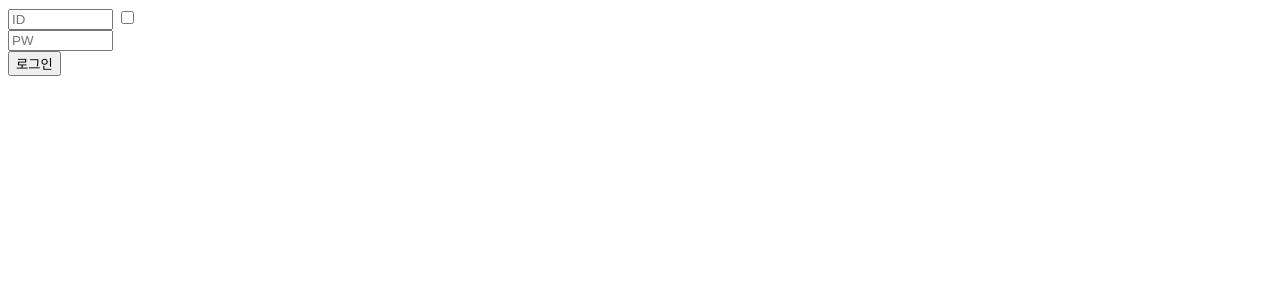
Repository: kitae1995/jsp-pratice
Page: http://localhost/JspBasic/cookie/cookie_login.jsp
These files come from the project's save history. The page is drawn as it stood at one moment and after the next save; the edit follows.
The browser window is 1280 px wide. The pictures show the whole page.
The page is served by Tomcat 9.

Above is the page before, as saved 2023-09-13 01:19:11.

After the next save:
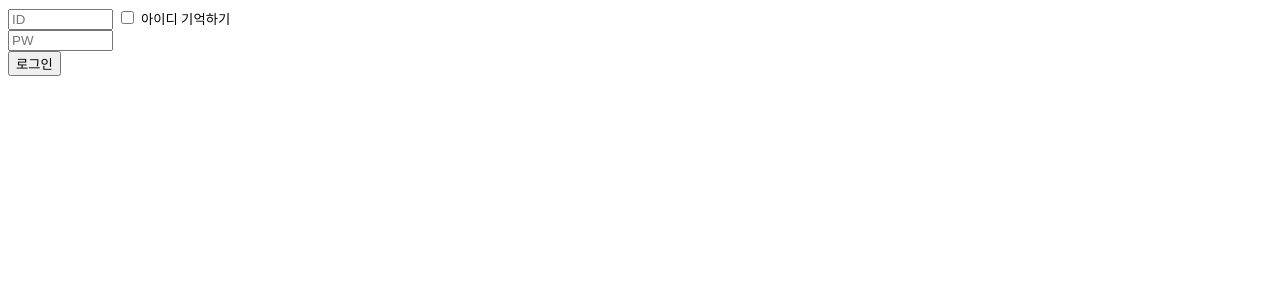
Saved 118 s later.
--- a/JspBasic/src/main/webapp/cookie/cookie_login.jsp
+++ b/JspBasic/src/main/webapp/cookie/cookie_login.jsp
@@ -10,7 +10,7 @@
 
 	<form action="/JspBasic/cookie/login" method="post">
 		<input type="text" name="id" size="10" placeholder="ID">
-		<input type="checkbox" name="rememberId" value="아이디">
+		<input type="checkbox" name="rememberId" value="asdf"> <small sytle="font-size:0.7em">아이디 기억하기</small>
 		<br>
 		<input type="password" name="pw" size="10" placeholder="PW"><br>
 		<input type="submit" value="로그인">
